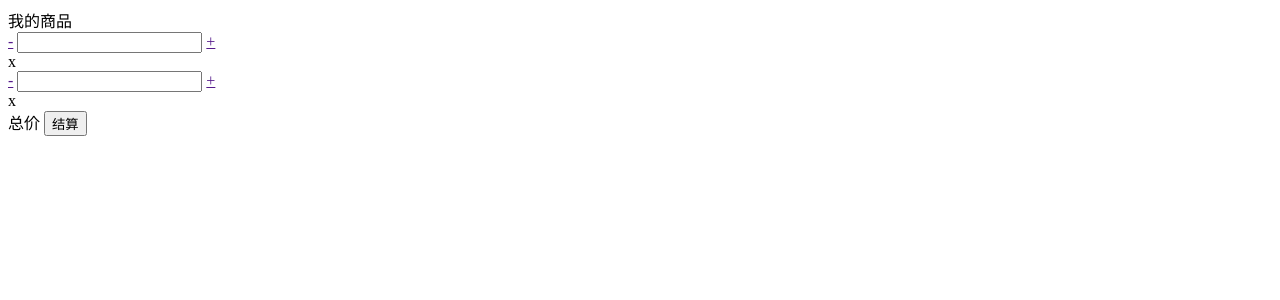
Repository: R1Deemo/Vue
Page: 10购物车.html
These files come from the project's save history. The page is drawn as it stood at one moment and after the next save; the edit follows.
The browser window is 1280 px wide. The pictures show the whole page.

Above is the page before, as saved 2022-11-14 15:06:59.

### 10购物车.html
<!DOCTYPE html>
<html lang="en">

<head>
    <meta charset="UTF-8">
    <meta http-equiv="X-UA-Compatible" content="IE=edge">
    <meta name="viewport" content="width=device-width, initial-scale=1.0">
    <title>Document</title>
</head>

<body>
    <div id="app">
        <div class="container">
            <my-cart></my-cart>
        </div>
    </div>
    <script src="https://cdn.jsdelivr.net/npm/vue/dist/vue.js"></script>
    <script>
        var CartTitle = {
            template: `<div class="title">我的商品</div>`
        }
        var CartList = {
            template: `
            <div>
                <div class='item'>
                <div class="name"></div>
                <div class="change">
                <a href="">-</a>
                <input type='text' class='num'/>
                <a href="">+</a>

                    </div>
                    <div class='del'>x</div>
                </div>
                <div class='item'>
                <div class="name"></div>
                <div class="change">
                <a href="">-</a>
                <input type='text' class='num'/>
                <a href="">+</a>

                    </div>
                    <div class='del'>x</div>
                </div>
                </div>`

        }
        var CartTotal = {
            template: ` <div class="total">
                    <span>总价</span>
                    <button>结算</button>
                </div>`
        }
        Vue.component('my-cart', {
            template: `
            <div  class="cart">
                <cart-title></cart-title>
                <cart-list></cart-list>
                <cart-total></cart-total></div>
            `,
            components: {
                'cart-title': CartTitle,
                'cart-list': CartList,
                'cart-total': CartTotal,

            }
        })
        var vm = new Vue({
            el: '#app',
            data: {

            }
        })
    </script>
</body>

</html>

### css/购物车.css
body,
html {
    margin: 0;
    padding: 0;
}

.app {
    width: 1000px;
    margin: 1000px 100px;
}

After the next save:
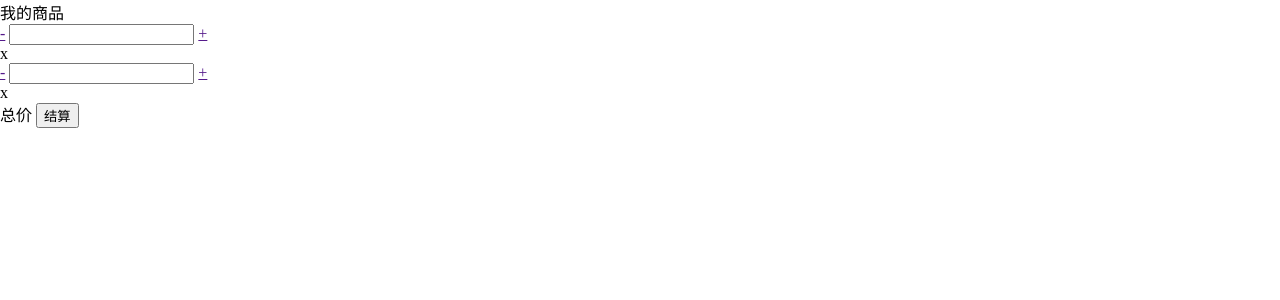
Saved 44 s later.
--- a/10购物车.html
+++ b/10购物车.html
@@ -6,6 +6,7 @@
     <meta http-equiv="X-UA-Compatible" content="IE=edge">
     <meta name="viewport" content="width=device-width, initial-scale=1.0">
     <title>Document</title>
+    <link rel="stylesheet" href="/css/购物车.css">
 </head>
 
 <body>
